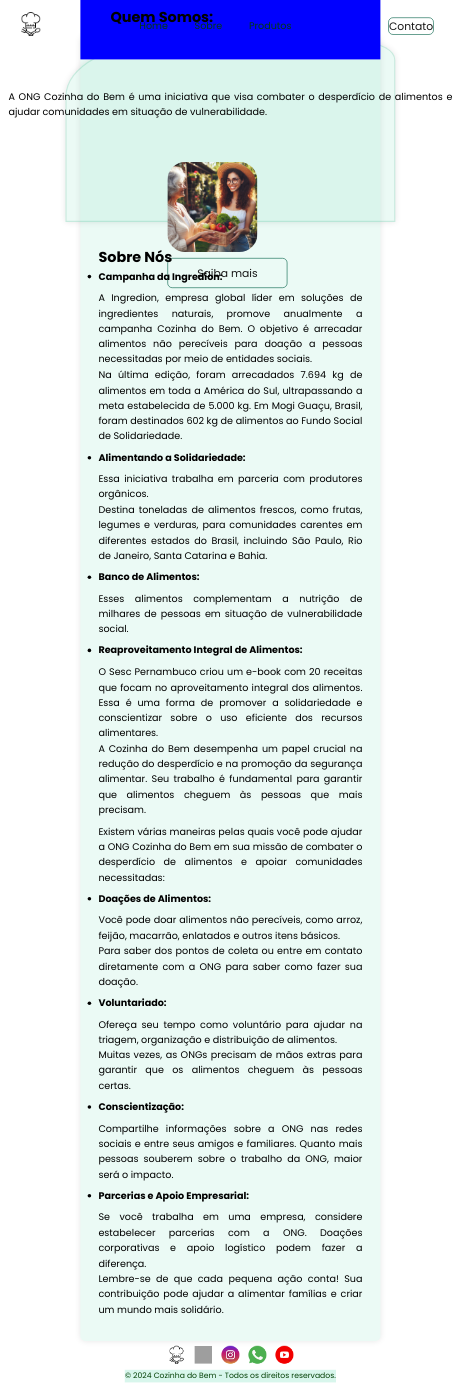
Repository: Thalia-Nataly/Cozinha-do-Bem-Proz
Page: sobre.html
The author's editor kept a copy of each file at every save. The page is drawn from the files as they stood at one save, then again after a run of saves.
The browser window is 768 px wide. The page is 784 px wide, so the pictures cover 784 px, including what lies to the right of the window. The pictures show the whole page, at 60% of full size.
Pictures or frames that could not be fetched are drawn as grey boxes.

Above is the page before, as saved 2024-08-26 16:08:27.
Console error: TypeError: Cannot read properties of null (reading 'querySelectorAll')

After the next 2 saves:
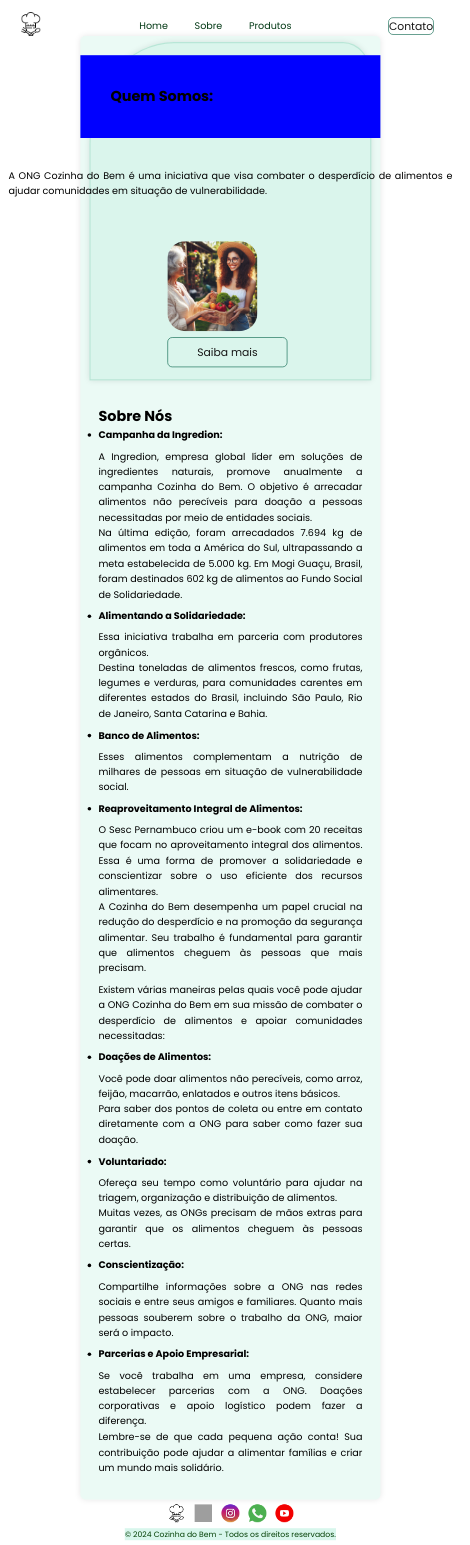
The 2 saves are shown as one change because they came seconds apart.
The last was saved 13 s later.
--- a/css/responsive.css
+++ b/css/responsive.css
@@ -56,6 +56,9 @@
         width: 550px;
         height: 300px;
         flex-direction: column;
+        height: auto;
+        max-width: 98%;
+        max-height: 98%;
 
 
     }
@@ -63,9 +66,7 @@
 
     .box-content h1 {
         width: 500px;
-        height: auto;
-        max-width: 98%;
-        max-height: 98%;
+
         background-color: blue;
 
     }

After the save that followed:
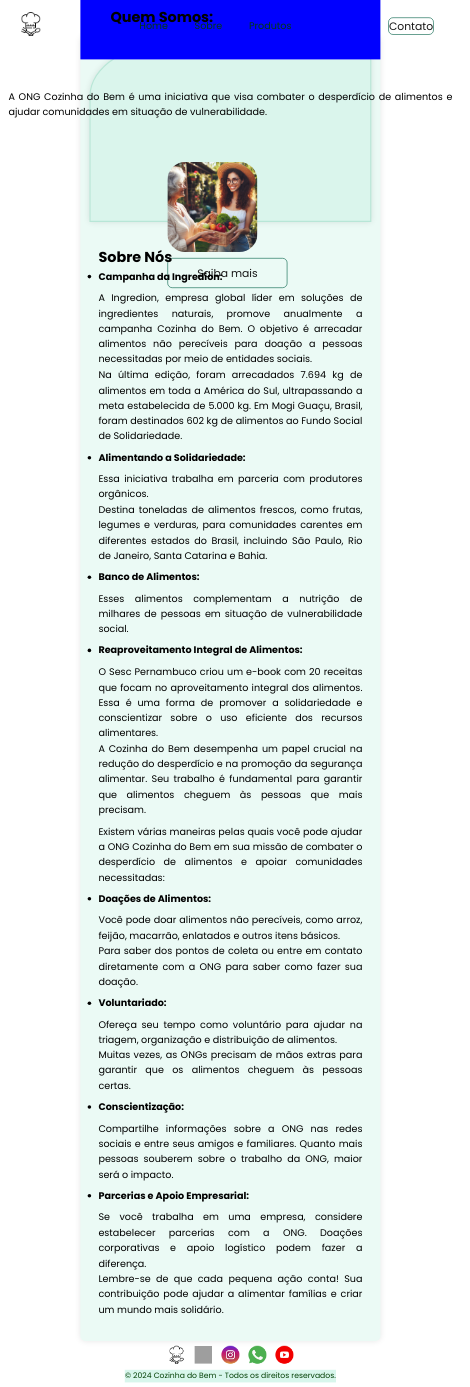
Saved 4 s later.
--- a/css/responsive.css
+++ b/css/responsive.css
@@ -56,7 +56,7 @@
         width: 550px;
         height: 300px;
         flex-direction: column;
-        height: auto;
+
         max-width: 98%;
         max-height: 98%;
 
